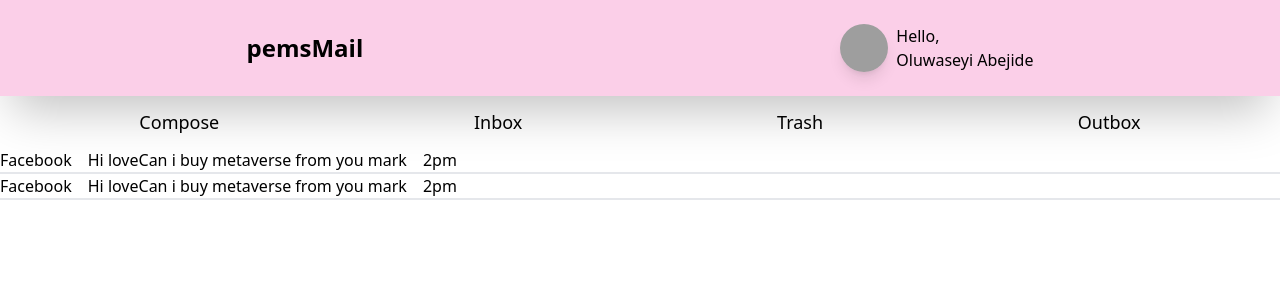
Repository: Semanmernstack/mailclone
Page: /
These files come from the project's save history. The page is drawn as it stood at one moment and after the next save; the edit follows.
The browser window is 1280 px wide. The pictures show the whole page.
Pictures or frames that could not be fetched are drawn as grey boxes. The project was rebuilt for these pictures with package versions that can differ from the ones it lists, and the page was loaded fresh each time. Also part of the build but not shown: src/features/counter/Counter.module.css, src/features/counter/Counter.js.

Above is the page before, as saved 2023-01-16 02:51:53.

After the next save:
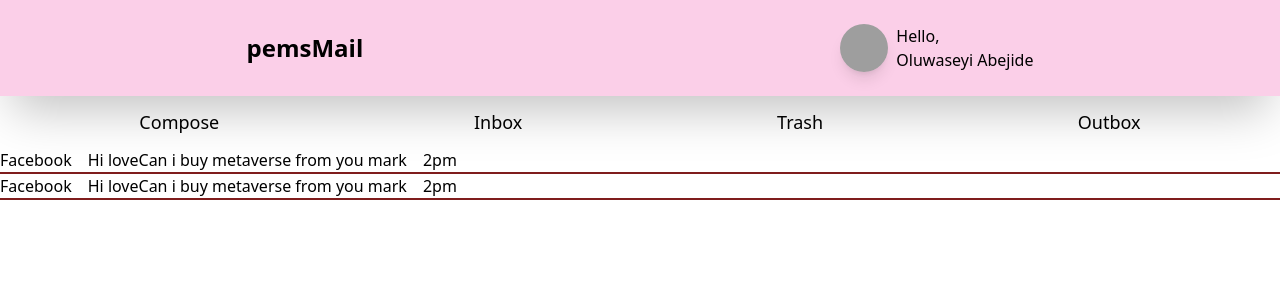
Saved 8 s later.
--- a/src/OpenRow.js
+++ b/src/OpenRow.js
@@ -2,7 +2,7 @@ import React from 'react'
 
 function OpenRow({ title, subject, description, time }) {
   return (
-    <div className="flex gap-4 border-b-2 border-b-red">
+    <div className="flex gap-4 border-b-2 border-b-red-900">
       <div className="">
             <h3>{title}</h3>
         </div>
